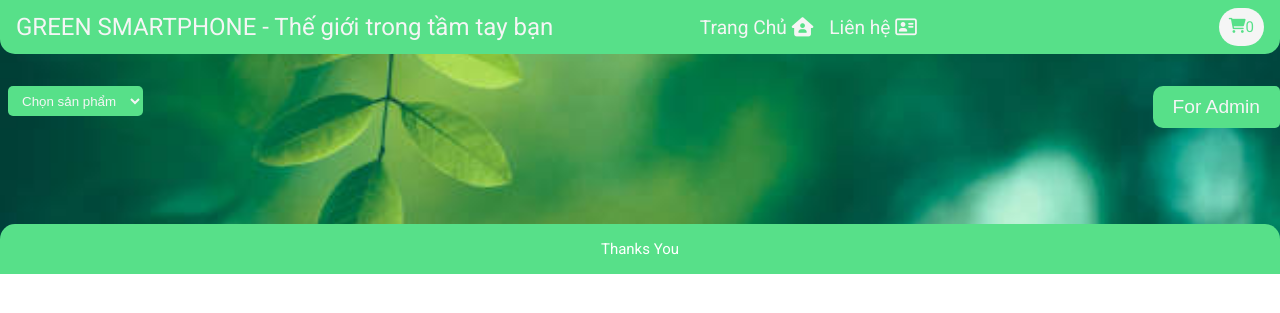
Repository: NguyenVietPhuQuy/Project2
Page: HKShop/index.html
The author's editor kept a copy of each file at every save. The page is drawn from the files as they stood at one save, then again after the next save.
The browser window is 1280 px wide. The pictures show the whole page.
The page's requests for data from a server got no answer. Some web libraries are served in a nearby version.

Above is the page before, as saved 2022-11-02 20:14:07.

After the next save:
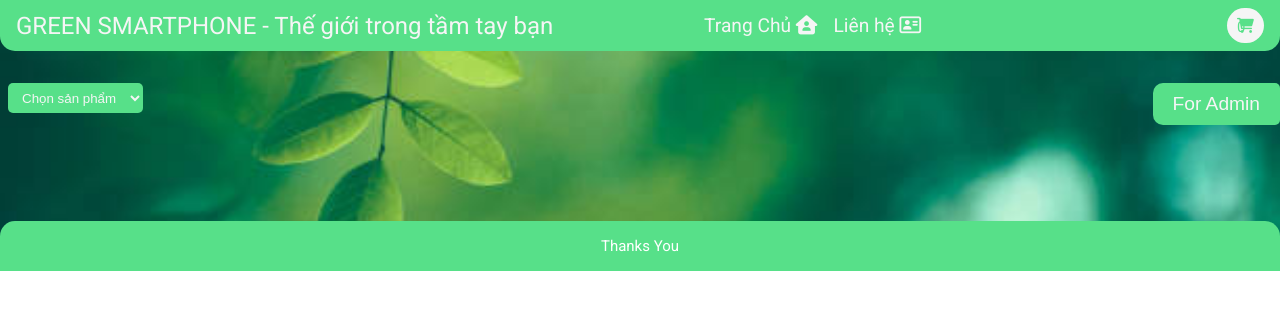
Saved 35 s later.
--- a/HKShop/Css/index.css
+++ b/HKShop/Css/index.css
@@ -191,6 +191,10 @@ img {
     cursor: pointer;
     transition: all 0.4s ease;
 }
+.nav__icon #totalItem{
+    position: absolute;
+
+}
 .nav__icon:hover{
     background-color: var(--text-color-light);
 }
